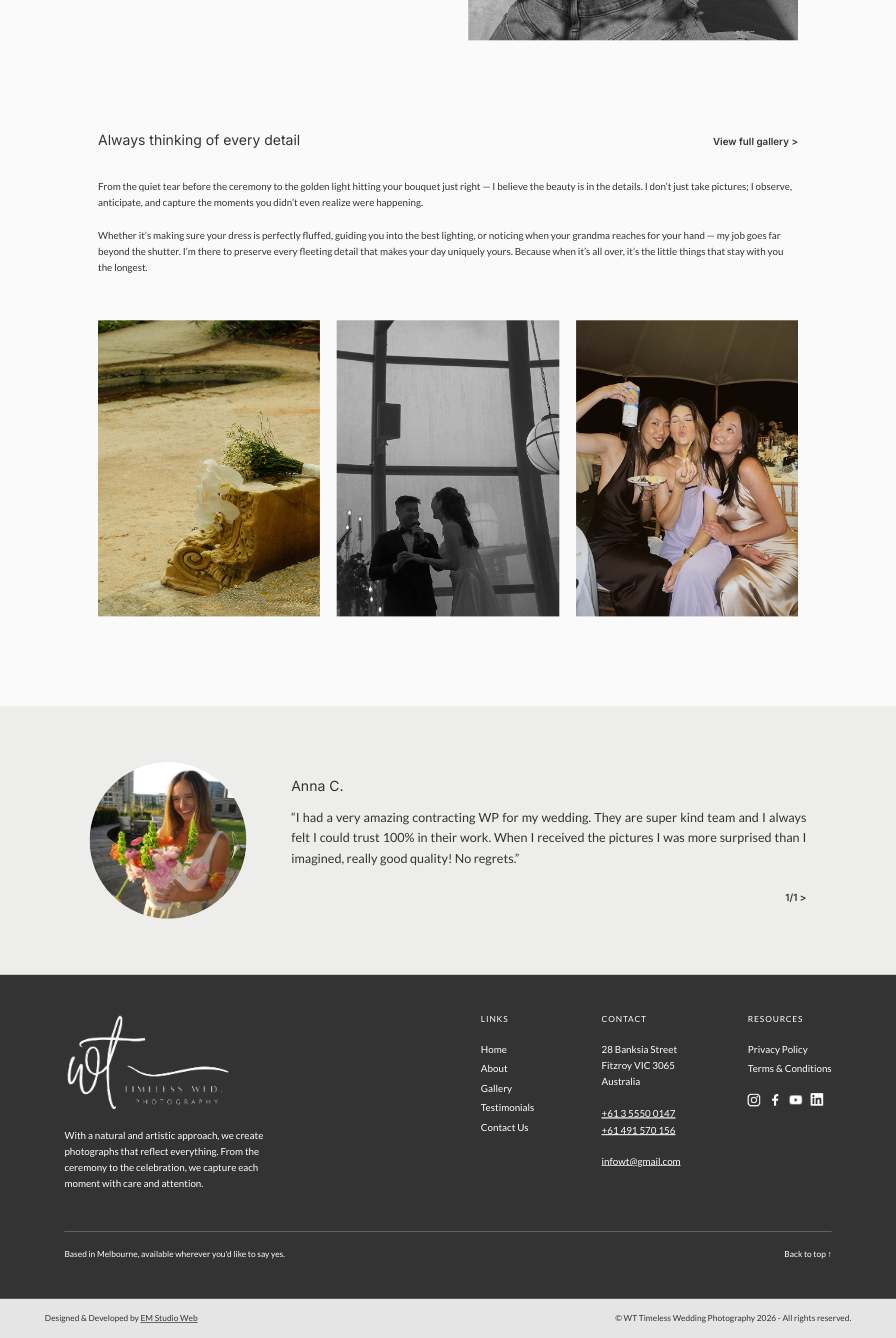
Repository: eduarda-magnago/wt-photography
Page: /
These files come from the project's save history. The page is drawn as it stood at one moment and after the next save; the edit follows.
The browser window is 1280 px wide. The pictures show the part of the page from y = 1791 to 3711 px (the page is 3703 px tall before and 3711 px after), at 70% of full size.
Some web fonts or font styles are not loaded; a fallback is used. The project was rebuilt for these pictures with package versions that can differ from the ones it lists, and the page was loaded fresh each time. The framework's server and built-in components were replaced by stand-ins that run in the browser. Also part of the build but not shown: next.config.ts.

Above is the page before, as saved 2026-10-15 12:27:54.

### app/layout.tsx
import type { Metadata } from "next";
import { Inter, Lato, Cormorant_SC } from "next/font/google";
import Header from "@/components/layout/header";
import Footer from "@/components/layout/footer";
import "./globals.css";

const inter = Inter({
  subsets: ["latin"],
  variable: "--font-inter",
});

const lato = Lato({
  subsets: ["latin"],
  weight: ["300", "400", "700"],
  variable: "--font-lato",
});

const cormorant = Cormorant_SC({
  subsets: ["latin"],
  weight: ["300", "400", "500"],
  variable: "--font-cormorant",
});

export const metadata: Metadata = {
  title: "WT Timeless Photography",
  description: "Timeless wedding photography",
};

export default function RootLayout({
  children,
}: {
  children: React.ReactNode;
}) {
  return (
    <html
      lang="en"
      className={`${inter.variable} ${lato.variable} ${cormorant.variable}`}
    >
      <body className="font-sans antialiased">
        <Header />
        <main>{children}</main>
        <Footer />
      </body>
    </html>
  );
}

### app/page.tsx
import Hero from "@/components/hero";
import Intro from "@/components/home/intro";
import About from "@/components/home/about";
import Details from "@/components/home/details";
import Testimonials from "@/components/home/testimonials";

export default function Home() {
  return (
    <>
      <Hero
        eyebrow="Timeless Wedding Photography"
        title="Capturing the essence of your treasured moments"
        image="/img/hero-bg.jpg"
      />
      <Intro />
      <About />
      <Details />
      <Testimonials />
    </>
  );
}

### components/layout/header.tsx
"use client";

import { useState } from "react";
import Image from "next/image";
import Link from "next/link";

const navLinks = [
  { label: "Home", href: "/" },
  { label: "About me", href: "/#about" },
  { label: "Gallery", href: "/#gallery" },
  { label: "Testimonials", href: "/#testimonials" },
  { label: "Contact Us", href: "/contact#contact-form" },
];

export default function Header() {
  const [open, setOpen] = useState(false);

  return (
    <header className="absolute inset-x-0 top-0 z-30">
      <div className="flex items-start justify-between px-6 py-8 md:px-14">
        <ul className="flex items-center gap-3">
          <li>
            <a
              href="#"
              aria-label="Instagram"
              className="relative block h-[19px] w-[18px] transition-opacity hover:opacity-70"
            >
              <Image
                src="/img/instagram.png"
                alt=""
                fill
                sizes="18px"
                className="object-contain"
              />
            </a>
          </li>
          <li>
            <a
              href="#"
              aria-label="Facebook"
              className="relative block h-[18px] w-[18px] transition-opacity hover:opacity-70"
            >
              <Image
                src="/img/facebook.png"
                alt=""
                fill
                sizes="18px"
                className="object-contain"
              />
            </a>
          </li>
          <li>
            <a
              href="#"
              aria-label="YouTube"
              className="relative block h-[18px] w-[18px] transition-opacity hover:opacity-70"
            >
              <Image
                src="/img/youtube.png"
                alt=""
                fill
                sizes="18px"
                className="object-contain"
              />
            </a>
          </li>
          <li>
            <a
              href="#"
              aria-label="LinkedIn"
              className="relative block h-[18px] w-[18px] transition-opacity hover:opacity-70"
            >
              <Image
                src="/img/linkedin.png"
                alt=""
                fill
                sizes="18px"
                className="object-contain"
              />
            </a>
          </li>
        </ul>

        <button
          type="button"
          onClick={() => setOpen(true)}
          aria-label="Open menu"
          className="relative block h-6 w-9 transition-opacity hover:opacity-70"
        >
          <Image
            src="/img/menu.png"
            alt=""
            fill
            sizes="36px"
            className="object-contain"
          />
        </button>
      </div>

      {open && (
        <div className="fixed inset-0 z-40 flex items-center justify-center bg-ink/95">
          <button
            type="button"
            onClick={() => setOpen(false)}
            aria-label="Close menu"
            className="absolute right-6 top-8 text-3xl text-white md:right-14"
          >
            ✕
          </button>
          <nav>
            <ul className="flex flex-col items-center gap-8">
              {navLinks.map((link) => (
                <li key={link.label}>
                  <Link
                    href={link.href}
                    onClick={() => setOpen(false)}
                    className="font-heading text-2xl text-white"
                  >
                    {link.label}
                  </Link>
                </li>
              ))}
            </ul>
          </nav>
        </div>
      )}
    </header>
  );
}

### components/layout/footer.tsx
import Image from "next/image";
import Link from "next/link";

const exploreLinks = [
  { label: "Home", href: "/" },
  { label: "About", href: "/#about" },
  { label: "Gallery", href: "/#gallery" },
  { label: "Testimonials", href: "/#testimonials" },
  { label: "Contact Us", href: "/contact#contact-form" },
];

const headingClass = "mb-6 text-xs uppercase tracking-widest";

export default function Footer() {
  return (
    <footer>
      <div className="bg-ink px-6 py-12 text-sm text-white md:px-23 md:py-14">
        <div className="mx-auto max-w-[1600px]">
          <div className="grid gap-12 md:grid-cols-[1fr_auto_auto_auto] md:gap-24">
            <div>
              <Image
                src="/img/logo.png"
                alt="WT Timeless Photography"
                width={240}
                height={110}
              />
              <p className="mt-6 max-w-xs leading-relaxed">
                With a natural and artistic approach, we create photographs
                that reflect everything. From the ceremony to the celebration,
                we capture each moment with care and attention.
              </p>
            </div>

            <div>
              <h3 className={headingClass}>Links</h3>
              <ul className="space-y-2">
                {exploreLinks.map((link) => (
                  <li key={link.label}>
                    <Link href={link.href}>{link.label}</Link>
                  </li>
                ))}
              </ul>
            </div>

            <div>
              <h3 className={headingClass}>Contact</h3>
              <address className="not-italic leading-relaxed">
                28 Banksia Street
                <br />
                Fitzroy VIC 3065
                <br />
                Australia
              </address>
              <div className="mt-6 flex flex-col gap-1 underline">
                <a href="tel:+61355500147">+61 3 5550 0147</a>
                <a href="tel:+61491570156">+61 491 570 156</a>
              </div>
              <a
                href="mailto:infowt@gmail.com"
                className="mt-6 block underline"
              >
                infowt@gmail.com
              </a>
            </div>

            <div>
              <h3 className={headingClass}>Resources</h3>
              <ul className="space-y-2">
                <li>
                  <a href="#">Privacy Policy</a>
                </li>
                <li>
                  <a href="#">Terms &amp; Conditions</a>
                </li>
              </ul>
              <ul className="mt-6 flex items-center gap-3">
                <li>
                  <a
                    href="#"
                    aria-label="Instagram"
                    className="transition-opacity hover:opacity-70"
                  >
                    <Image src="/img/instagram.png" alt="" width={18} height={18} />
                  </a>
                </li>
                <li>
                  <a
                    href="#"
                    aria-label="Facebook"
                    className="relative block h-[18px] w-[18px] transition-opacity hover:opacity-70"
                  >
                    <Image
                      src="/img/facebook.png"
                      alt=""
                      fill
                      sizes="18px"
                      className="object-contain"
                    />
                  </a>
                </li>
                <li>
                  <a
                    href="#"
                    aria-label="YouTube"
                    className="transition-opacity hover:opacity-70"
                  >
                    <Image src="/img/youtube.png" alt="" width={18} height={18} />
                  </a>
                </li>
                <li>
                  <a
                    href="#"
                    aria-label="LinkedIn"
                    className="transition-opacity hover:opacity-70"
                  >
                    <Image src="/img/linkedin.png" alt="" width={18} height={18} />
                  </a>
                </li>
              </ul>
            </div>
          </div>

          <div className="mt-14 flex flex-col gap-3 border-t border-white/30 pt-6 text-xs md:flex-row md:items-center md:justify-between">
            <p>
              Based in Melbourne, available wherever you&apos;d like to say yes.
            </p>
            <a href="#" className="transition-opacity hover:opacity-70">
              Back to top &uarr;
            </a>
          </div>
        </div>
      </div>

      <div className="bg-neutral-200 px-6 py-5 text-xs text-ink md:px-16">
        <div className="mx-auto flex max-w-[1600px] flex-col gap-2 md:flex-row md:justify-between">
          <p>
            Designed &amp; Developed by{" "}
            <a
              href="https://www.instagram.com/webstudio.em"
              target="_blank"
              rel="noopener noreferrer"
              className="underline"
            >
              EM Studio Web
            </a>
          </p>
          <p>© WT Timeless Wedding Photography 2026 - All rights reserved.</p>
        </div>
      </div>
    </footer>
  );
}

### app/globals.css
@import "tailwindcss";

@theme inline {
  --font-sans: var(--font-lato);
  --font-heading: var(--font-inter);
  --font-hero: var(--font-cormorant);

  --color-ink: #333333;
  --color-sand: #ededeb;
  --color-paper: #fafafa;
  --color-blush: #f4e6dc;
}

html {
  scroll-behavior: smooth;
}

body {
  background: var(--color-paper);
  color: var(--color-ink);
}

### components/hero.tsx
import Image from "next/image";
import Link from "next/link";

type HeroProps = {
  eyebrow: string;
  title: string;
  image: string;
  ctaLabel?: string;
  ctaHref?: string;
};

export default function Hero({
  eyebrow,
  title,
  image,
  ctaLabel = "Explore our gallery",
  ctaHref = "/#gallery",
}: HeroProps) {
  return (
    <section className="relative flex h-[70vh] min-h-[715px] items-center justify-center overflow-hidden">
      <Image
        src="/img/hero.png"
        alt=""
        fill
        priority
        sizes="100vw"
        className="object-cover"
      />
      <div className="absolute inset-0 bg-black/20" />
      <div className="relative z-10 flex max-w-3xl flex-col items-center px-6 text-center text-white">
        <p className="mb-4 text-sm">{eyebrow}</p>
        <h1 className="font-hero text-5xl leading-[0.9] md:text-7xl">
          {title}
        </h1>
        <Link
          href={ctaHref}
          className="mt-8 border-b border-white pb-1 text-xs uppercase tracking-wider"
        >
          {ctaLabel}
        </Link>
      </div>
    </section>
  );
}

### components/home/intro.tsx
export default function Intro() {
  return (
    <section className="bg-sand px-6 py-22 md:py-25">
      <p className="mx-auto max-w-3xl text-justify text-xl leading-relaxed md:text-2xl">
        Your love story is one of a kind, filled with genuine emotions,
        meaningful details, and unforgettable moments. Our passion is to
        preserve those fleeting seconds and transform them into timeless images
        that you will cherish for a lifetime.
      </p>
    </section>
  );
}

### components/home/about.tsx
import Image from "next/image";

export default function About() {
  return (
    <section id="about" className="bg-paper px-6 py-24 md:px-14 md:py-32">
      <div className="mx-auto grid max-w-[1000px] items-center gap-12 md:grid-cols-[435fr_500fr] md:gap-x-12 xl:gap-x-[120px]">
        <div>
          <h2 className="font-heading text-[20px]">Meet the photographer</h2>

          <div className="mt-6 space-y-7 text-justify text-base leading-6">
            <p>
              Hi, I’m Emily Rose. I’m a wedding photographer based in
              California, passionate about telling love stories through my
              lens. What began as a love for capturing small, quiet moments has
              grown into a career built on trust, emotion, and the art of
              honest storytelling.
            </p>
            <p>
              With over 6 years of experience, I specialize in natural,
              documentary-style photography that focuses on genuine connection
              — not stiff poses. I believe the best photos are the ones where
              you forget the camera is even there.
            </p>
            <p>
              Beyond photography, I’m a calm presence on a whirlwind day. From
              fixing veils to finding the best light, I’m there to make your
              experience effortless and enjoyable. My clients often say I felt
              like a friend with a camera — and that’s the greatest compliment
              I could ask for.
            </p>
            <p>
              Let’s create something timeless together — photos you’ll look at
              30 years from now and still feel everything.
            </p>
          </div>
        </div>

        <div className="relative aspect-[619/855] w-full">
          <Image
            src="/img/about.png"
            alt="Wedding photographer picture"
            fill
            sizes="(min-width: 1280px) 500px, (min-width: 768px) 50vw, 100vw"
            className="object-cover"
          />
        </div>
      </div>
    </section>
  );
}

### components/home/details.tsx
import Image from "next/image";
import Link from "next/link";

const photos = [
  { src: "/img/detail1.png", alt: "Bouquet resting on a golden ornament" },
  { src: "/img/detail2.png", alt: "Couple dancing by a large window" },
  { src: "/img/detail3.png", alt: "Bridesmaids laughing together" },
];

export default function Details() {
  return (
    <section id="gallery" className="bg-paper px-6 pb-24 md:px-14 md:pb-32">
      <div className="mx-auto max-w-[1000px]">
        <div className="flex items-baseline justify-between">
          <h2 className="font-heading text-[20px]">
            Always thinking of every detail
          </h2>
          <Link href="/#gallery" className="font-heading text-sm font-semibold">
            View full gallery &gt;
          </Link>
        </div>

        <div className="mt-10 space-y-6 text-sm leading-relaxed">
          <p>
            From the quiet tear before the ceremony to the golden light hitting
            your bouquet just right — I believe the beauty is in the details. I
            don’t just take pictures; I observe, anticipate, and capture the
            moments you didn’t even realize were happening.
          </p>
          <p>
            Whether it’s making sure your dress is perfectly fluffed, guiding
            you into the best lighting, or noticing when your grandma reaches
            for your hand — my job goes far beyond the shutter. I’m there to
            preserve every fleeting detail that makes your day uniquely yours.
            Because when it’s all over, it’s the little things that stay with
            you the longest.
          </p>
        </div>

        <div className="mt-16 grid gap-6 md:grid-cols-3">
          {photos.map((photo) => (
            <div key={photo.src} className="relative aspect-[3/4]">
              <Image
                src={photo.src}
                alt={photo.alt}
                fill
                sizes="(min-width: 768px) 33vw, 100vw"
                className="object-cover"
              />
            </div>
          ))}
        </div>
      </div>
    </section>
  );
}

### components/home/testimonials.tsx
"use client";

import { useState } from "react";
import Image from "next/image";

const testimonials = [
  {
    name: "Anna C.",
    image: "/img/testimonial.png",
    quote:
      "I had a very amazing contracting WP for my wedding. They are super kind team and I always felt I could trust 100% in their work. When I received the pictures I was more surprised than I imagined, really good quality! No regrets.",
  },
];

export default function Testimonials() {
  const [index, setIndex] = useState(0);
  const current = testimonials[index];

  function next() {
    setIndex((prev) => (prev + 1) % testimonials.length);
  }

  return (
    <section id="testimonials" className="bg-sand px-6 py-20 md:px-14">
      <div className="mx-auto grid max-w-5xl items-center gap-10 md:grid-cols-[auto_1fr] md:gap-16">
        <div className="relative h-48 w-48 overflow-hidden rounded-full md:h-56 md:w-56">
          <Image
            src={current.image}
            alt={current.name}
            fill
            sizes="224px"
            className="object-cover"
          />
        </div>

        <div>
          <h3 className="font-heading text-xl">{current.name}</h3>
          <blockquote className="mt-4 text-justify text-lg leading-relaxed">
            “{current.quote}”
          </blockquote>
          <button
            type="button"
            onClick={next}
            className="font-heading mt-8 ml-auto block text-sm font-semibold"
          >
            {index + 1}/{testimonials.length} &gt;
          </button>
        </div>
      </div>
    </section>
  );
}

After the next save:
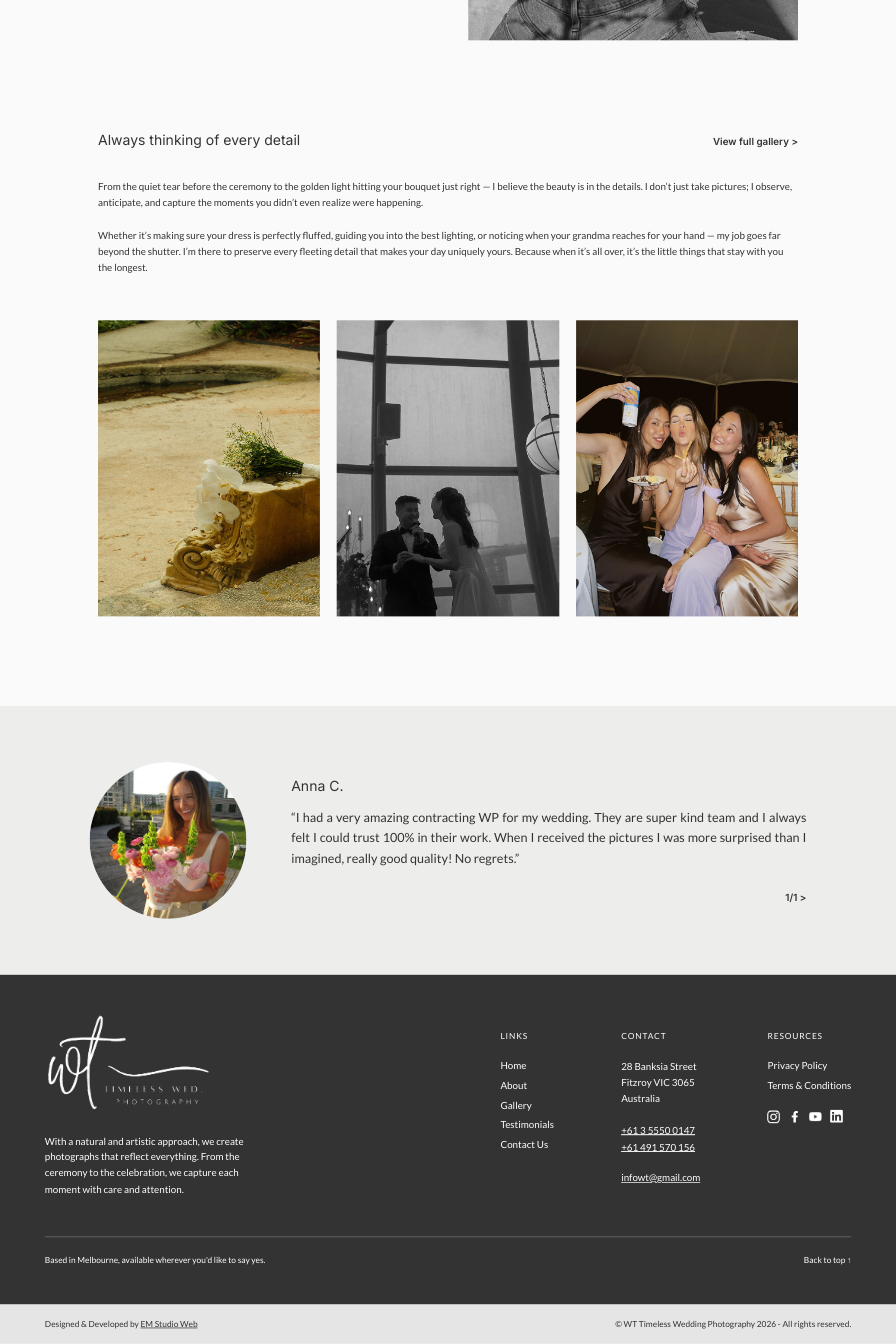
Saved 2 min 59 s later.
--- a/components/layout/footer.tsx
+++ b/components/layout/footer.tsx
@@ -14,7 +14,7 @@ const headingClass = "mb-6 text-xs uppercase tracking-widest";
 export default function Footer() {
   return (
     <footer>
-      <div className="bg-ink px-6 py-12 text-sm text-white md:px-23 md:py-14">
+      <div className="bg-ink px-6 py-12 text-sm text-white md:px-16 md:py-14">
         <div className="mx-auto max-w-[1600px]">
           <div className="grid gap-12 md:grid-cols-[1fr_auto_auto_auto] md:gap-24">
             <div>
@@ -24,14 +24,14 @@ export default function Footer() {
                 width={240}
                 height={110}
               />
-              <p className="mt-6 max-w-xs leading-relaxed">
+              <p className="mt-6 max-w-xs leading-relaxed md:mt-8">
                 With a natural and artistic approach, we create photographs
                 that reflect everything. From the ceremony to the celebration,
                 we capture each moment with care and attention.
               </p>
             </div>
 
-            <div>
+            <div className="md:pt-6">
               <h3 className={headingClass}>Links</h3>
               <ul className="space-y-2">
                 {exploreLinks.map((link) => (
@@ -42,7 +42,7 @@ export default function Footer() {
               </ul>
             </div>
 
-            <div>
+            <div className="md:pt-6">
               <h3 className={headingClass}>Contact</h3>
               <address className="not-italic leading-relaxed">
                 28 Banksia Street
@@ -63,7 +63,7 @@ export default function Footer() {
               </a>
             </div>
 
-            <div>
+            <div className="md:pt-6">
               <h3 className={headingClass}>Resources</h3>
               <ul className="space-y-2">
                 <li>
